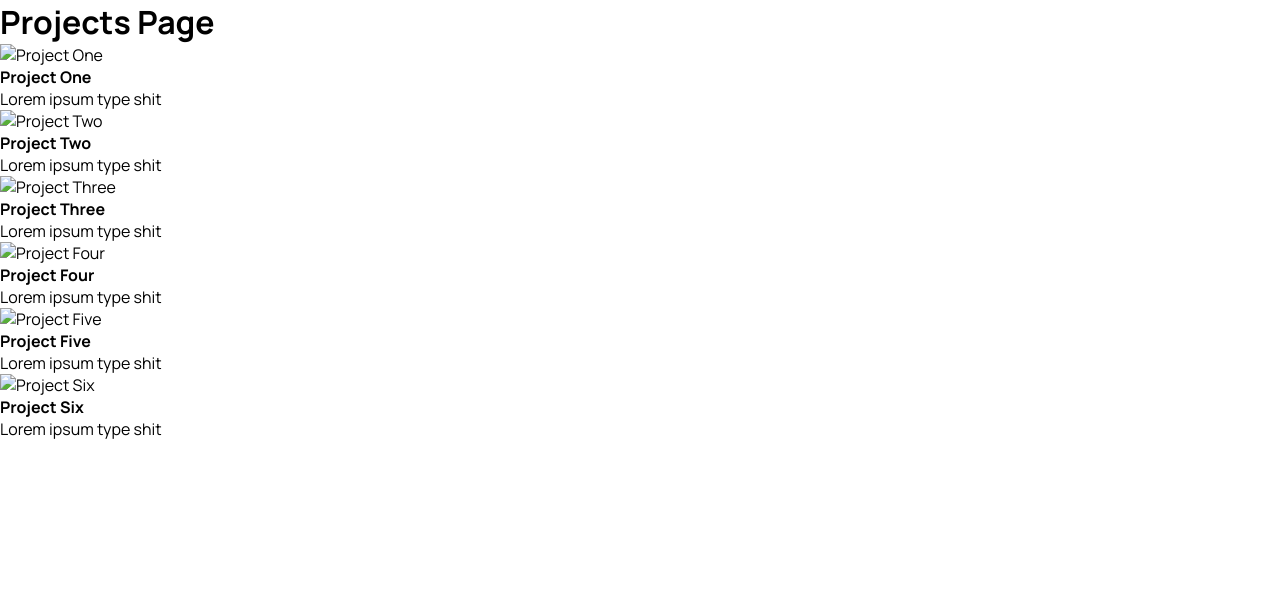
Repository: elaiken/portfolio
Page: /projects
These files come from the project's save history. The page is drawn as it stood at one moment and after the next save; the edit follows.
The browser window is 1280 px wide. The pictures show the whole page.
The project was rebuilt for these pictures with package versions that can differ from the ones it lists, and the page was loaded fresh each time. Also part of the build but not shown: src/components/Error.js, src/components/Home.js, src/components/Contacts.js.

Above is the page before, as saved 2021-11-26 14:25:52.

After the next save:
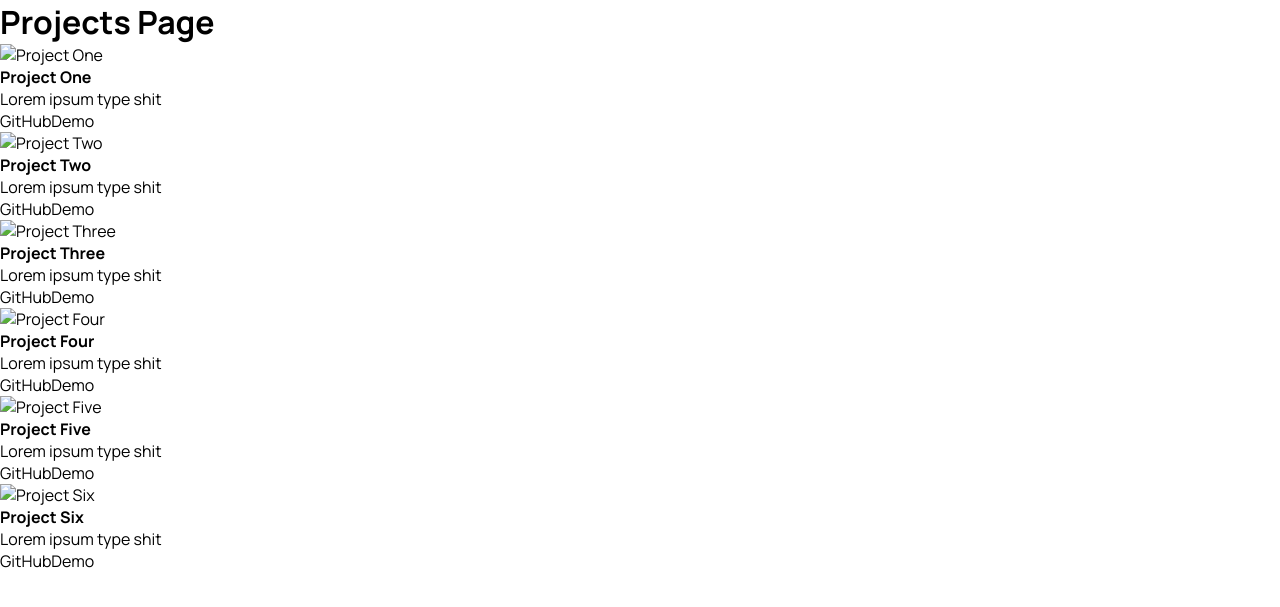
Saved 56 s later.
--- a/src/components/Projects.js
+++ b/src/components/Projects.js
@@ -17,8 +17,8 @@
                             <h4>{title}</h4>
                             <p>{desc}</p>
                             <ul>
-                                <l1><a href=""></a></l1>
-                                <l1><a href=""></a></l1>
+                                <l1><a href={github}></a>GitHub</l1>
+                                <l1><a href={demo}></a>Demo</l1>
                             </ul>
                         </article>
                     ))}
